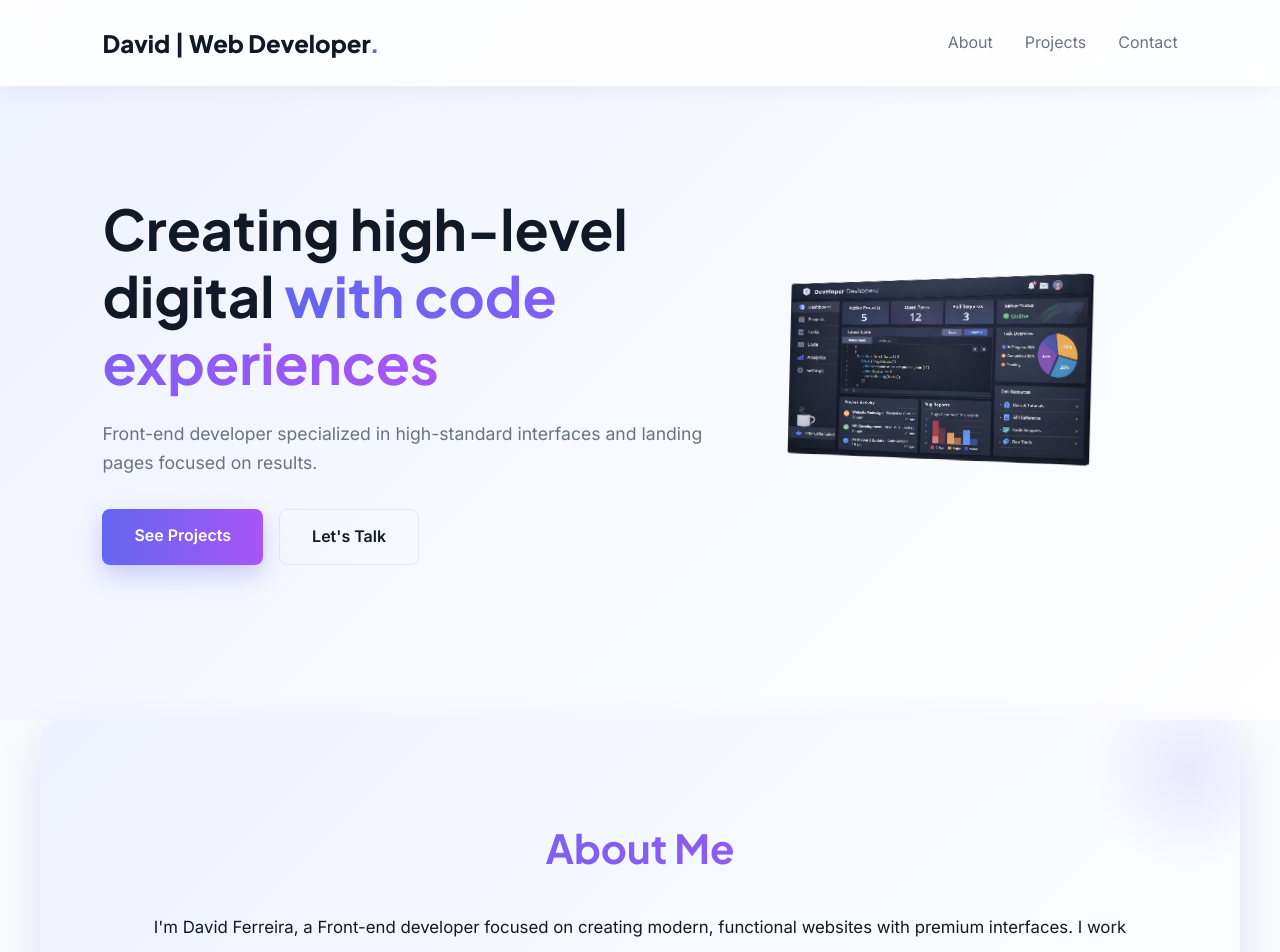
Repository: davidfsillva/David_Ferreira
Page: index.html
An editor plug-in stored every save of this project. The page is shown before and after the next save, followed by the edit.
The browser window is 1280 px wide. The pictures show the part of the page from y = 0 to 952 px (the page is 2882 px tall).

Above is the page before, as saved 2026-02-11 15:19:49.
Console error: TypeError: Cannot read properties of null (reading 'addEventListener')

After the next save:
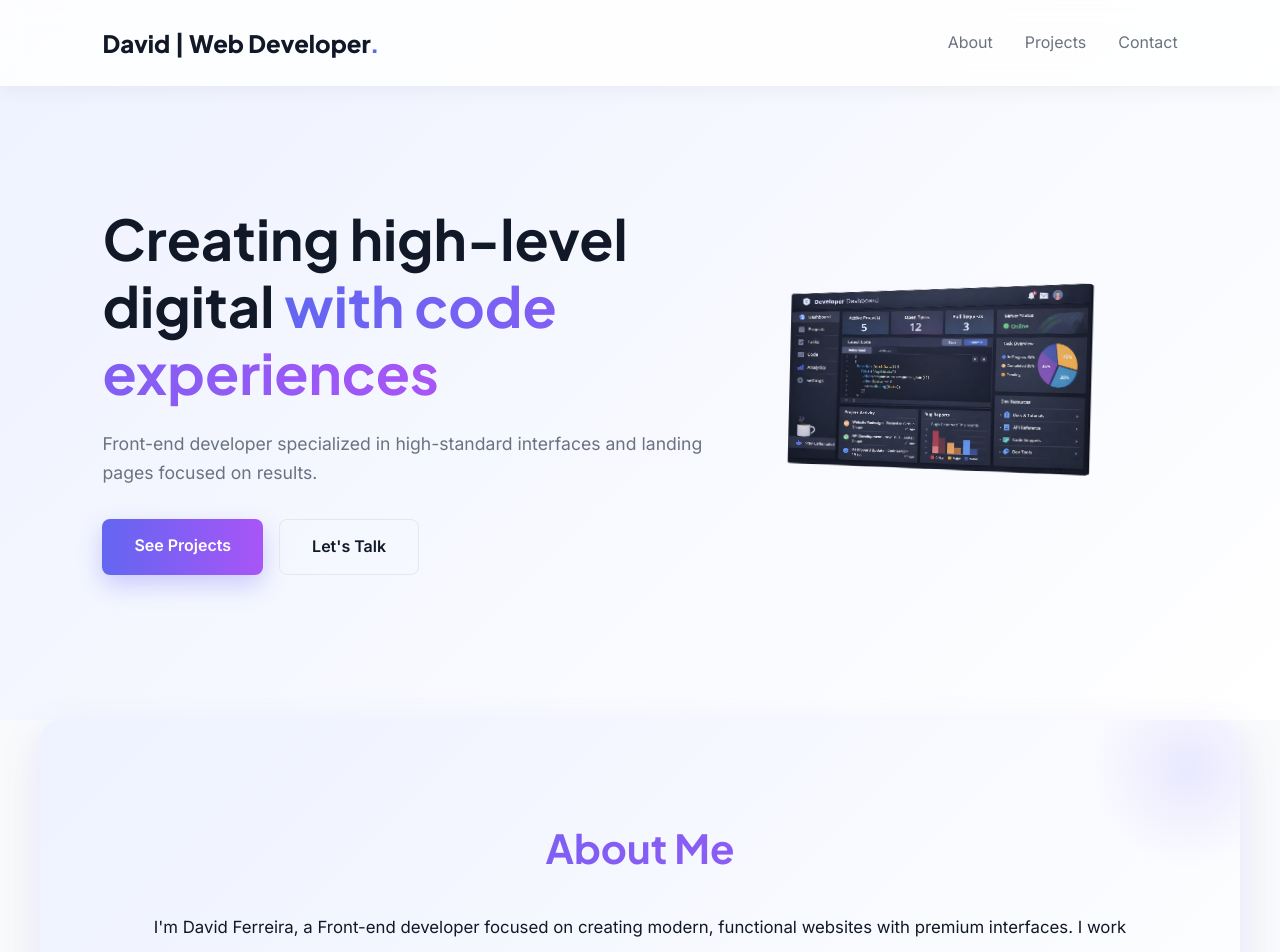
Saved 7 s later.
--- a/style.css
+++ b/style.css
@@ -94,7 +94,7 @@ body {
 /* HERO */
 .hero {
   min-height: 100vh;
-  padding: 120px 8% 80px; /* aumentei de 60px para 80px */
+  padding: 120px 8% 60px;
   display: flex;
   align-items: center;
   justify-content: space-between;
